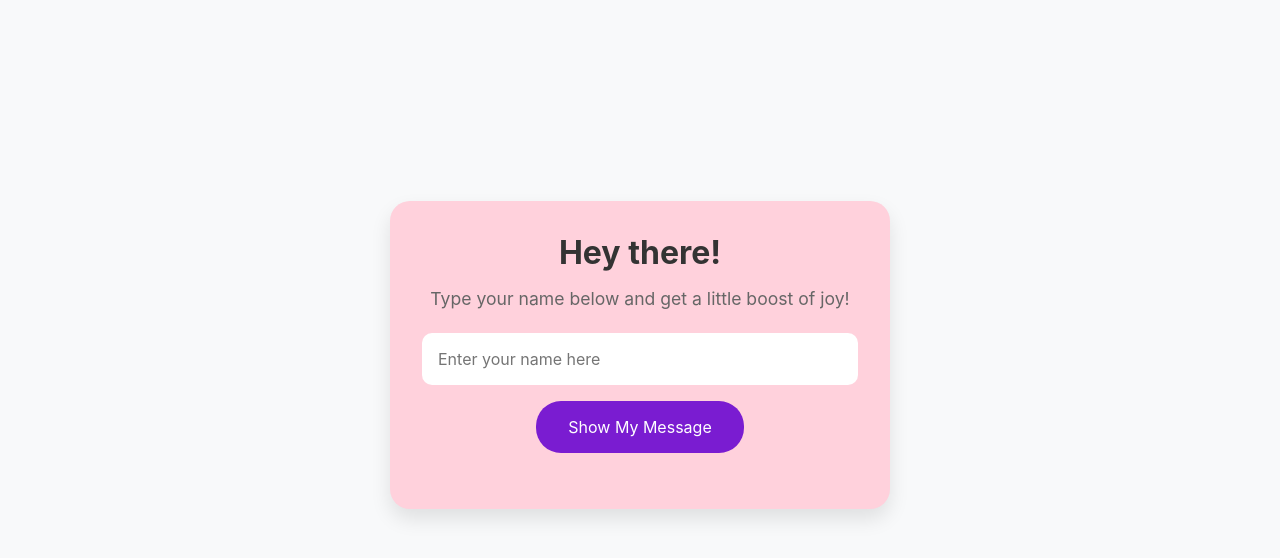
Repository: joelojieabu/biblicalWordsOfEncouragement
Page: biblicalWordsOfEncouragement.html
An editor plug-in stored every save of this project. The page is shown before and after the next save, followed by the edit.
The browser window is 1280 px wide. The pictures show the whole page.
The pointer rests on the first visible `button`.

Above is the page before, as saved 2024-12-26 12:38:55.

After the next save:
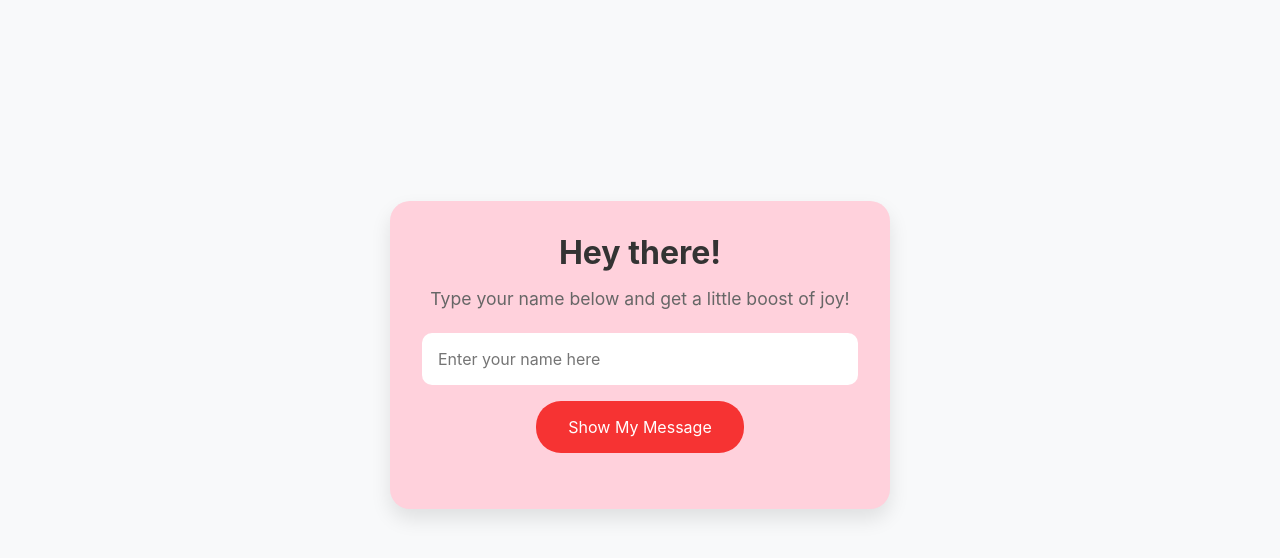
Saved 12 s later.
--- a/biblicalWordsOfEncouragement.html
+++ b/biblicalWordsOfEncouragement.html
@@ -70,7 +70,7 @@
       }
 
       button:hover {
-        background-color: #7a1cd1;
+        background-color: rgb(246, 51, 51);;
       }
 
       #message {
